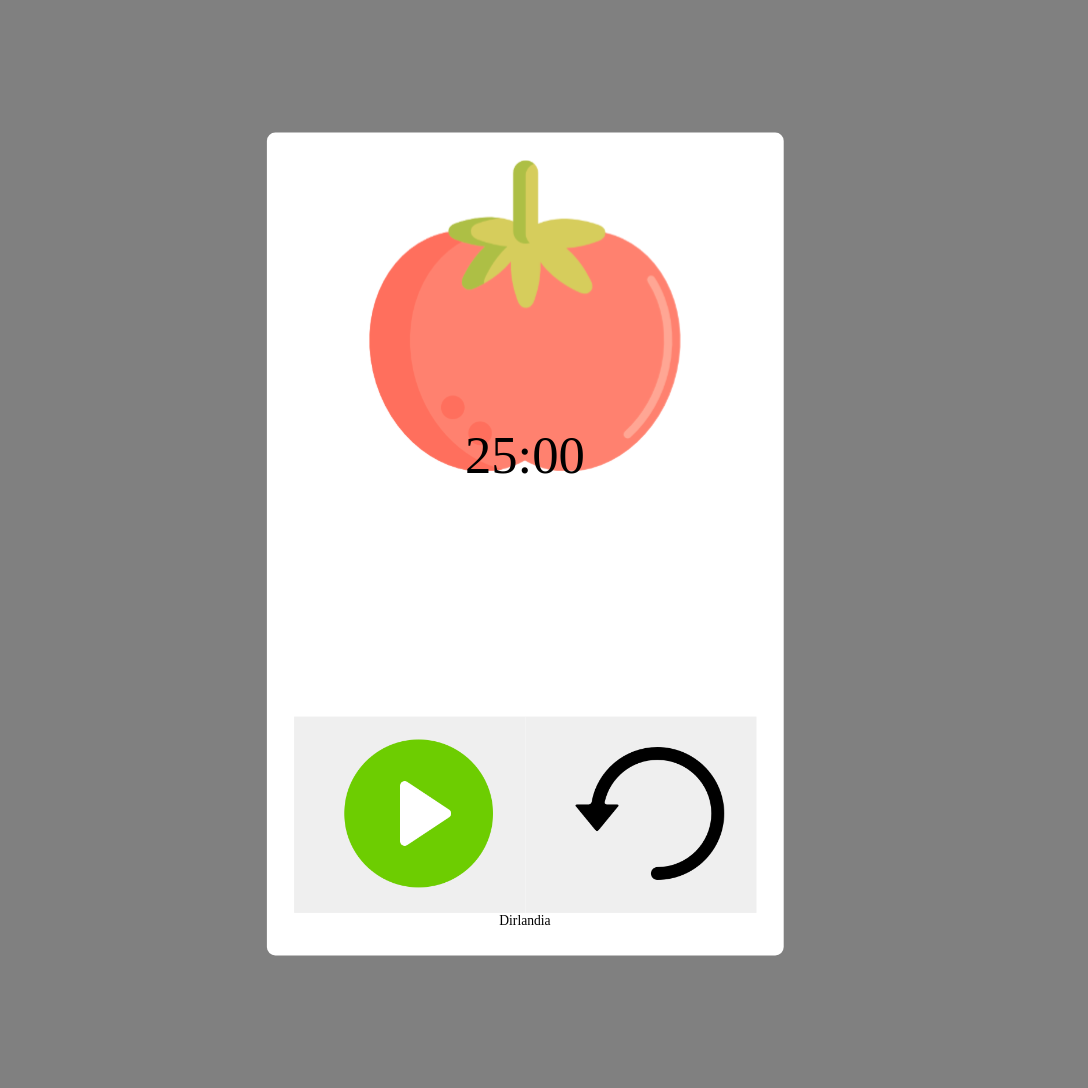
Repository: Dirlandia404/pomodoro
Page: /
The author's editor kept a copy of each file at every save. The page is drawn from the files as they stood at one save, then again after the next save.
The browser window is 1280 px wide. The pictures show the whole page, at 85% of full size.
The project was rebuilt for these pictures with package versions that can differ from the ones it lists, and the page was loaded fresh each time.

Above is the page before, as saved 2021-11-25 10:34:23.

After the next save:
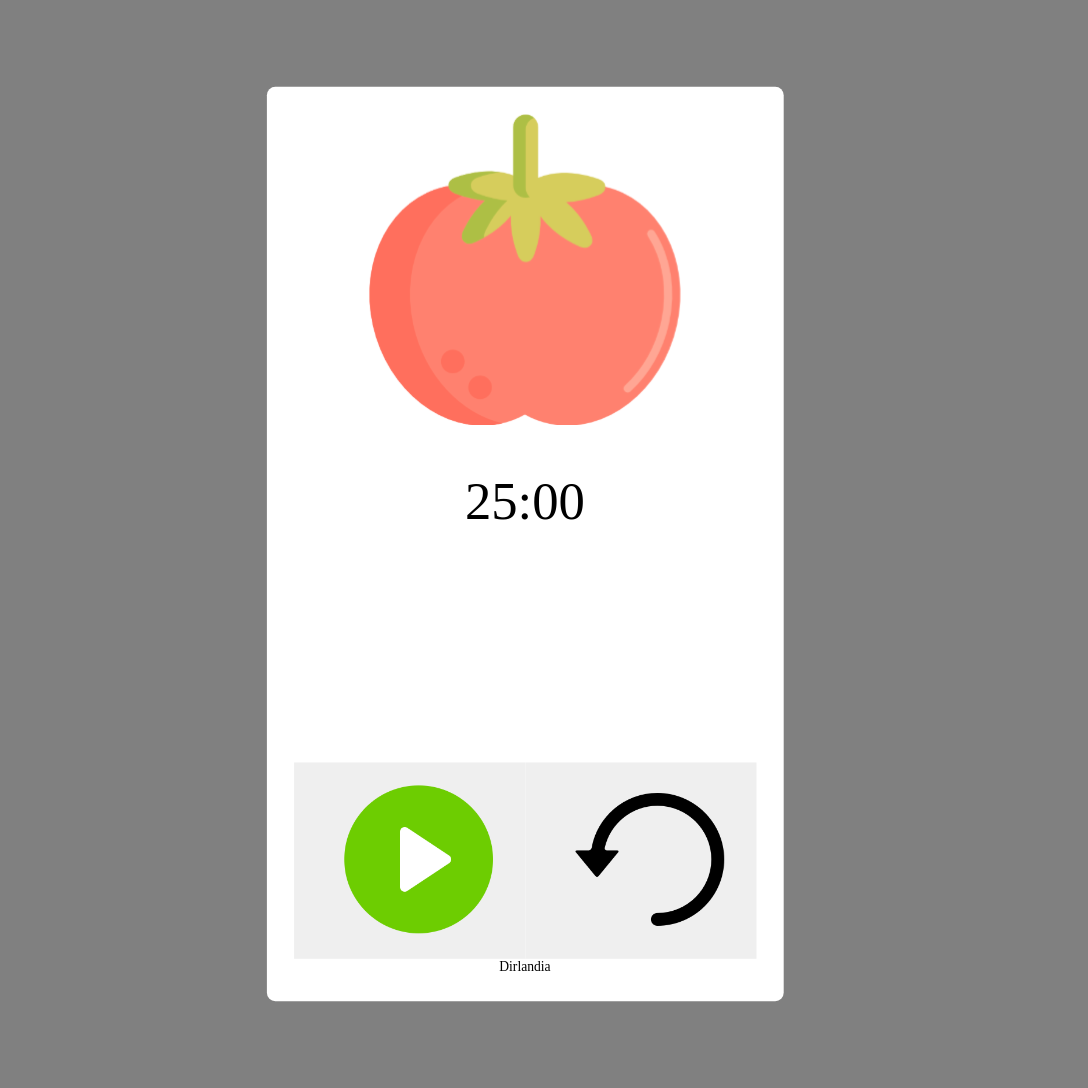
Saved 9 s later.
--- a/src/componentes/componente.css
+++ b/src/componentes/componente.css
@@ -39,7 +39,7 @@
 p.time {
     padding: 10%;
     font-size: 62px;
-    margin-top: -20%;
+
 }
 div.butoes{
     align-items: center;

After the save that followed:
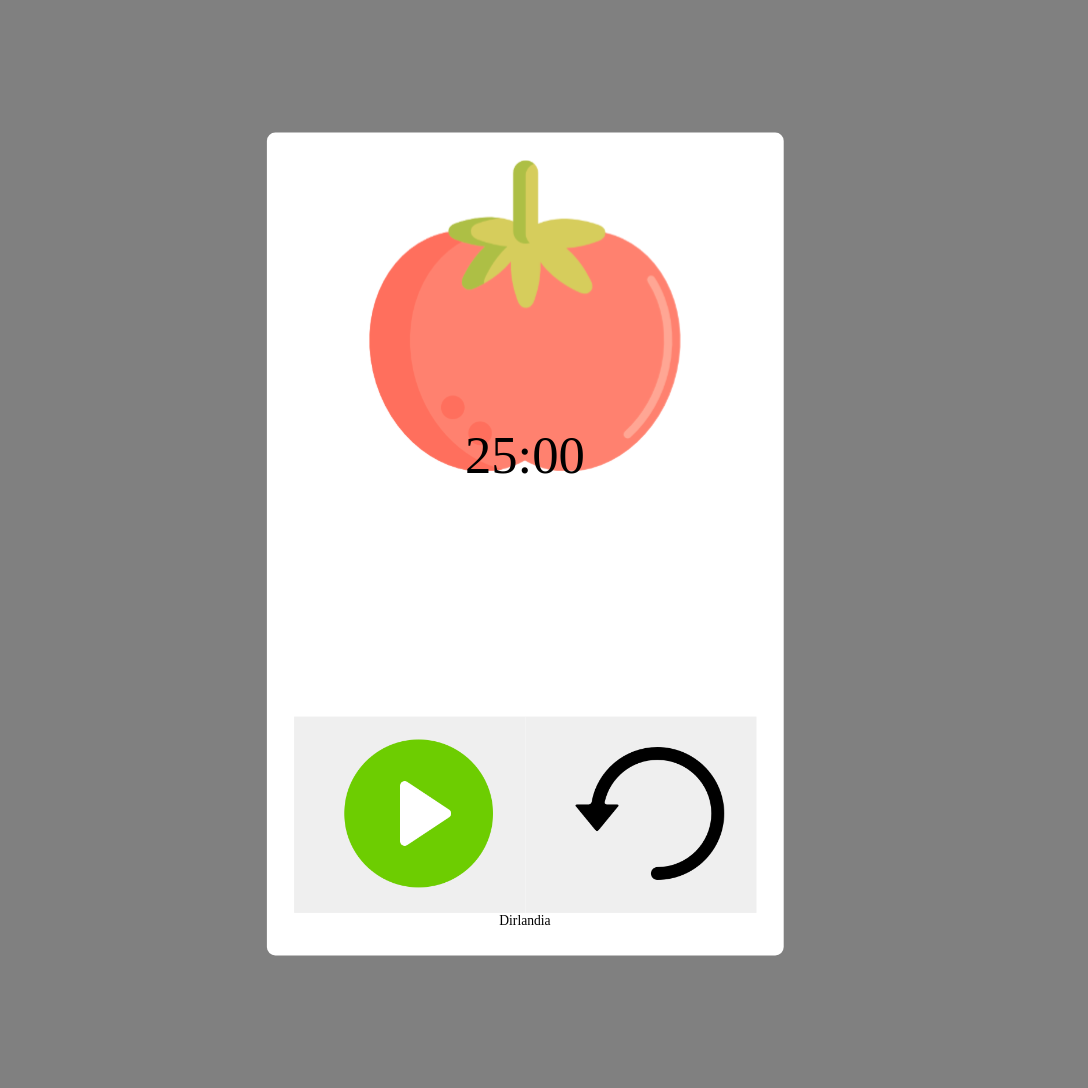
Saved 10 s later.
--- a/src/componentes/componente.css
+++ b/src/componentes/componente.css
@@ -39,7 +39,7 @@
 p.time {
     padding: 10%;
     font-size: 62px;
-
+    margin-top: -20%;
 }
 div.butoes{
     align-items: center;
